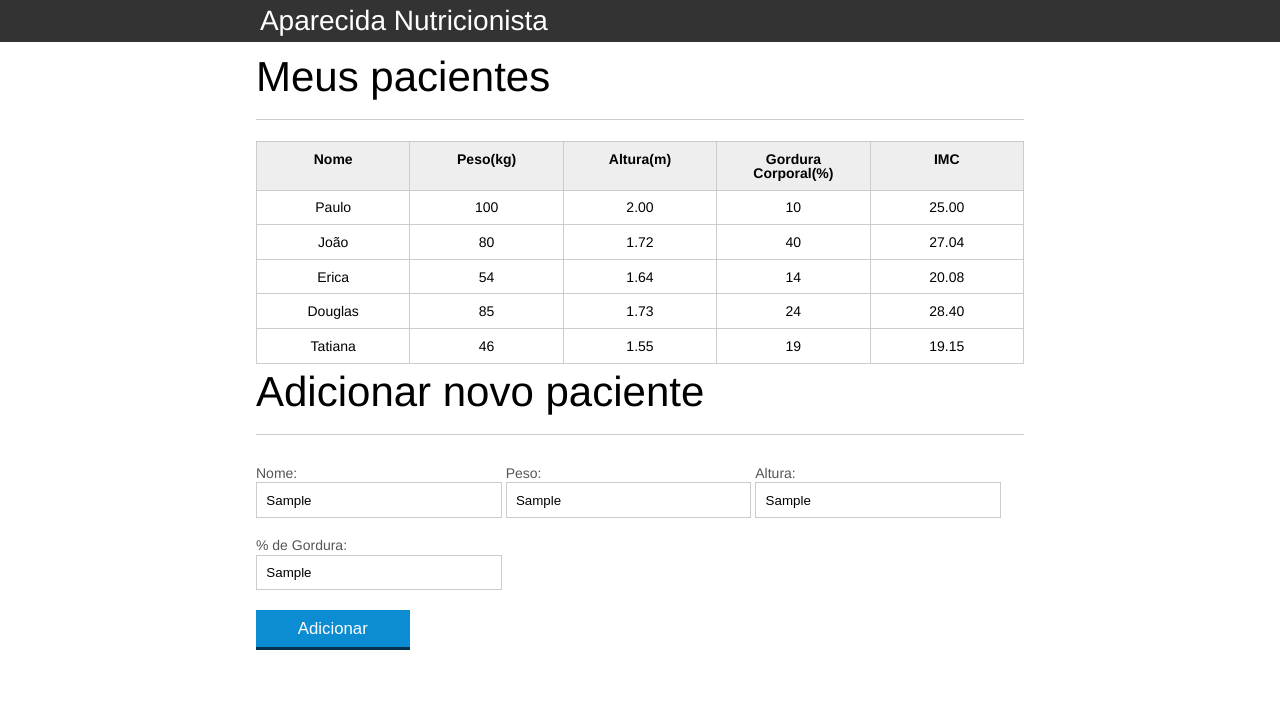
Repository: GabbLps/Controle-de-Clientes-Alura
Page: index.html
The author's editor kept a copy of each file at every save. The page is drawn from the files as they stood at one save, then again after the next save.
The browser window is 1280 px wide. The pictures show the whole page.
Empty fields were first filled with sample values (such as "Sample", 5 or name@example.com).
After loading, the first visible `#adicionar-paciente` was clicked once.

Above is the page before, as saved 2022-05-04 17:30:29.

### index.html
<!DOCTYPE html>
<html lang="pt-br">
	<head>
		<meta charset="UTF-8">
		<title>Aparecida Nutrição</title>
		<link rel="icon" href="favicon.ico" type="image/x-icon">
		<link rel="stylesheet" type="text/css" href="css/reset.css">
		<link rel="stylesheet" type="text/css" href="css/index.css">

	</head>
	<body>

		<header>
			<div class="container">
				<h1 class="titulo">Aparecida Nutrição</h1>
			</div>
		</header>
		<main>
			<section class="container">
				<h2>Meus pacientes</h2>
				<table>
					<thead>
						<tr>
							<th>Nome</th>
							<th>Peso(kg)</th>
							<th>Altura(m)</th>
							<th>Gordura Corporal(%)</th>
							<th>IMC</th>
						</tr>
					</thead>
					<tbody id="tabela-pacientes">
						<tr class="paciente" id="primeiro-paciente" >
							<td class="info-nome">Paulo</td>
							<td class="info-peso">100</td>
							<td class="info-altura">2.00</td>
							<td class="info-gordura">10</td>
							<td class="info-imc">0</td>
						</tr>

						<tr class="paciente" >
							<td class="info-nome">João</td>
							<td class="info-peso">80</td>
							<td class="info-altura">1.72</td>
							<td class="info-gordura">40</td>
							<td class="info-imc">0</td>
						</tr>

						<tr class="paciente" >
							<td class="info-nome">Erica</td>
							<td class="info-peso">54</td>
							<td class="info-altura">1.64</td>
							<td class="info-gordura">14</td>
							<td class="info-imc">0</td>
						</tr>

						<tr class="paciente">
							<td class="info-nome">Douglas</td>
							<td class="info-peso">85</td>
							<td class="info-altura">1.73</td>
							<td class="info-gordura">24</td>
							<td class="info-imc">0</td>
						</tr>
						<tr class="paciente" >
							<td class="info-nome">Tatiana</td>
							<td class="info-peso">46</td>
							<td class="info-altura">1.55</td>
							<td class="info-gordura">19</td>
							<td class="info-imc">0</td>
						</tr>
					</tbody>
				</table>

			</section>
		</main>

		<section class="container">
			<h2 id="titulo-form">Adicionar novo paciente</h2>
			<form id="form-adiciona">
				<div class="grupo">
					<label for="nome">Nome:</label>
					<input id="nome" name="nome" type="text" placeholder="Digite o nome do seu paciente" class="campo">
				</div>
				<div class="grupo">
					<label for="peso">Peso:</label>
					<input id="peso" name="peso" type="text" placeholder="Digite o peso do seu paciente" class="campo campo-medio">
				</div>
				<div class="grupo">
					<label for="altura">Altura:</label>
					<input id="altura" name="altura" type="text" placeholder="Digite a altura do seu paciente" class="campo campo-medio">
				</div>
				<div class="grupo">
					<label for="gordura">% de Gordura:</label>
					<input id="gordura" type="text" placeholder="Digite a porcentagem de gordura do seu paciente" class="campo campo-medio">
				</div>

				<button id="adicionar-paciente" class="botao bto-principal">Adicionar</button>
			</form>
		</section>

		<script src="js/principal.js"></script>
	</body>
</html>

### css/index.css
*{
	box-sizing: border-box;
 }

body{
	font-family: "Helvetica Neue", "Helvetica", Helvetica, Arial, sans-serif;
	font-size: 14px;
}

header{
	background-color: #333;
	height: 3em;
	color: #FFF;
	margin-bottom: 1em;
}

header h1{
	font-size: 2em;
	display:inline-block;
	vertical-align:	middle;
}
header h2{
	font-size: 2em;
	display:inline-block;
	vertical-align:	middle;
}

header .container:before{
	content: '';
	display:inline-block;
	height: 100%;
	vertical-align:	middle;
}

.container{
	width: 60%;
	height: 100%;
	margin: 0 auto;
}

section{
	margin: 2em 0;
	overflow: hidden;
}

section h2{
	font-size: 3em;
	display: block;
	padding-bottom: .5em;
	border-bottom: 1px solid #ccc;
	margin-bottom: .5em;
}

table{
	width: 100%;
	margin-bottom : .5em;
    table-layout: fixed;

}

td, th {
	padding: .7em;
	margin: 0;
	border: 1px solid #ccc;
	text-align: center;
}

th{
	font-weight: bold;
	background-color: #EEE;
}

label{
	color: #555;
	display: block;
	margin-bottom: .2em;
}

.campo{
	margin: 0;
	padding-bottom: 1em;
	width: 100%;
	border: 1px solid #ccc;
	padding: .7em;
	width: 100%;
}

.campo-medio{
	display: inline-block;
	padding-right: .5em;
}

.grupo{
	width: 32%;
	display: inline-block;
	padding: 10px 0px;
}

button{
	padding: .5em 2em;
	border: 0;
	border-bottom: 3px solid;
	font-size: 1.2em;
	cursor: pointer;
	margin: 0;
	margin-top: -3px;
	color: #fff;
	background-color:#0c8cd3;
	border-color: #04324c;
	width: 20%;
    display: block;
    clear: both;
    margin: 10px 0px;

}

button:active{
	margin-top:0px;
	border: 0;
}

button[disabled=disabled], button:disabled {
    background-color: gray;
	border-color: darkgray;

}

.adicionar-paciente{
    margin-top: 30px;
}

.campo-invalido{
	border: 1px solid red;
}

#mensagem-erro{
	color:red;
}

.paciente-invalido {
	background-color: lightcoral;
}

### js/principal.js
var titulo = document.querySelector(".titulo");
titulo.textContent = "Aparecida Nutricionista";

var pacientes = document.querySelectorAll(".paciente");

for(var i = 0;i < pacientes.length; i++) {

    var paciente = pacientes[i];

    var tdPeso = paciente.querySelector(".info-peso");
    var peso = tdPeso.textContent;

    var tdAltura = paciente.querySelector(".info-altura");
    var altura = tdAltura.textContent;

    var tdImc = paciente.querySelector(".info-imc");

    var pesoEhValido = true;
    var alturaEhValida = true;

    if(peso <= 0 || peso >= 1000) {
        console.log("Peso inválido!")
        pesoEhValido = false;
        tdImc.textContent = "Peso inválido!"
        paciente.classList.add("paciente-invalido");
    }

    if(altura <= 0 || altura >= 3) {
        console.log("Altura inválida!")
        pesoEhValido = false;
        tdImc.textContent = "Altura inválida!";
        paciente.classList.add("paciente-invalido");
    }

    if(pesoEhValido && alturaEhValida) {
        var imc = peso / (altura * altura);
        tdImc.textContent = imc.toFixed(2);
    }
}

var botaoAdicionar = document.querySelector("#adicionar-paciente");
botaoAdicionar.addEventListener("click", function(event) {
    event.preventDefault();

    var form = document.querySelector("#form-adiciona");

    var nome = form.nome.value;
    var peso = form.peso.value;
    var altura = form.altura.value;
    var gordura = form.gordura.value;

    var pacienteTr = document.createElement("tr");

    var nomeTd = document.createElement("td");
    var pesoTd = document.createElement("td");
    var alturaTd = document.createElement("td");
    var gorduraTd = document.createElement("td");
    var imcTd = document.createElement("td");

    nomeTd.textContent = nome;
    pesoTd.textContent = peso;
    alturaTd.textContent = altura;
    gorduraTd.textContent = gordura;

    pacienteTr.appendChild(nomeTd);
    pacienteTr.appendChild(pesoTd);
    pacienteTr.appendChild(alturaTd);
    pacienteTr.appendChild(gorduraTd);

    var tabela = document.querySelector("#tabela-pacientes")


})

Loaded but not shown: css/reset.css (common file)

After the next save:
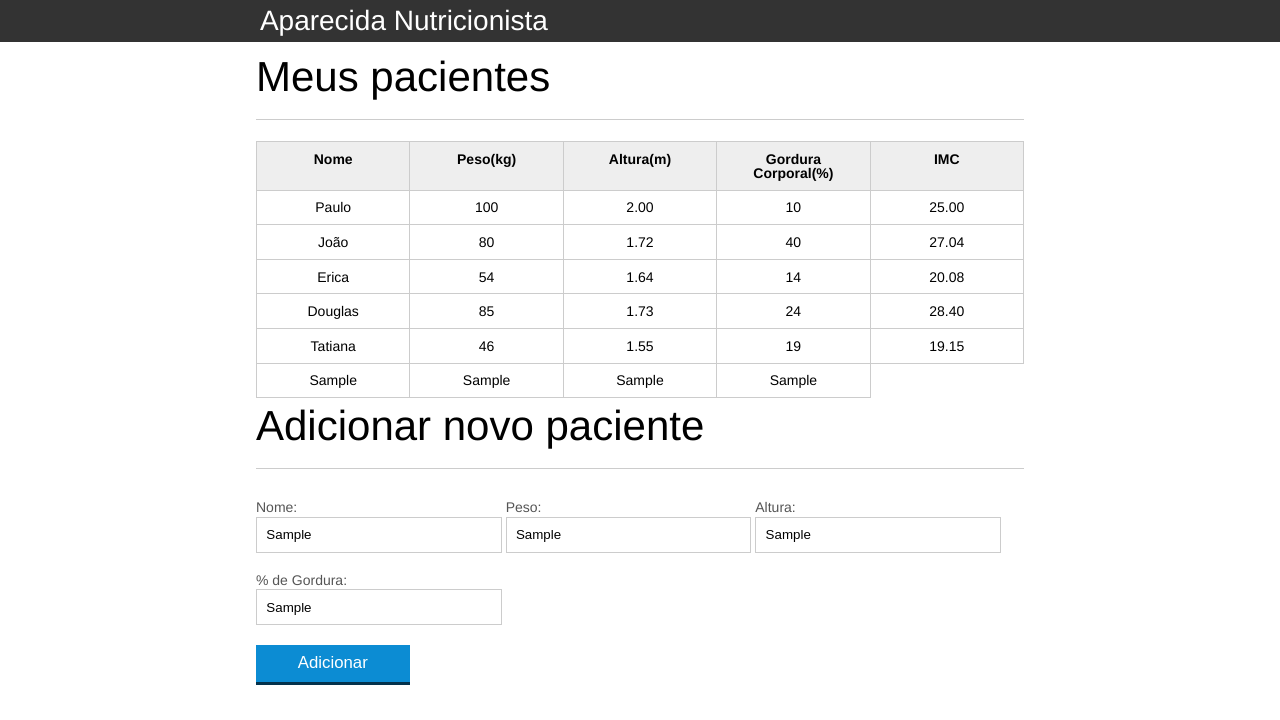
Saved 26 s later.
--- a/js/principal.js
+++ b/js/principal.js
@@ -67,7 +67,9 @@ botaoAdicionar.addEventListener("click", function(event) {
     pacienteTr.appendChild(alturaTd);
     pacienteTr.appendChild(gorduraTd);
 
-    var tabela = document.querySelector("#tabela-pacientes")
+    var tabela = document.querySelector("#tabela-pacientes");
+
+    tabela.appendChild(pacienteTr)
 
 
 })
